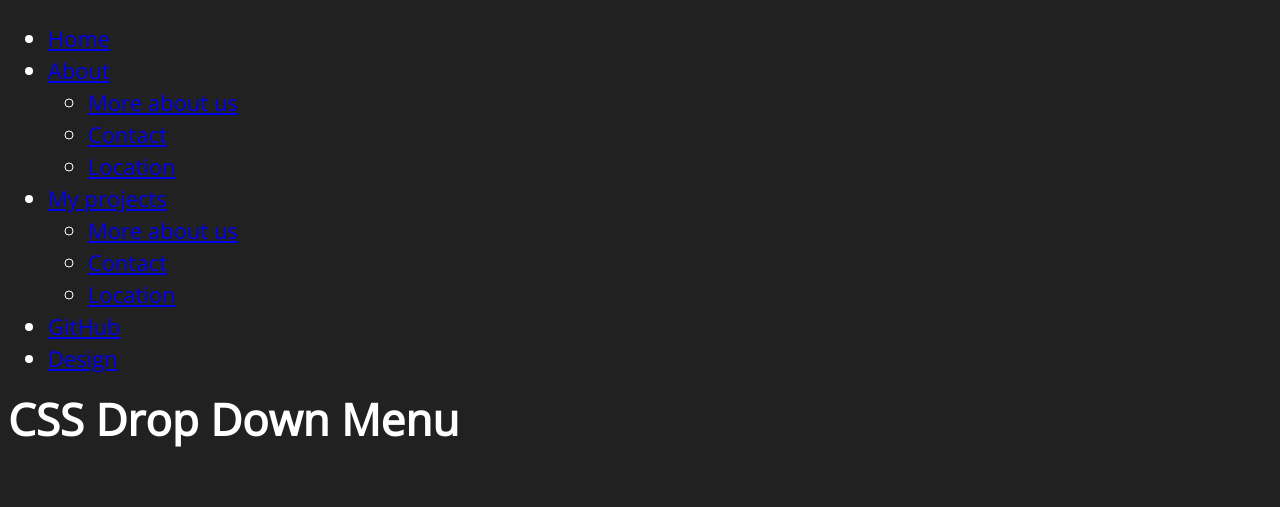
Repository: alikahwaji/HTML-CSS-workshop
Page: index.html
An editor plug-in stored every save of this project. The page is shown before and after the next save, followed by the edit.
The browser window is 1280 px wide. The pictures show the whole page.

Above is the page before, as saved 2019-10-29 11:55:38.

### index.html
<!DOCTYPE html>
<!--[if lt IE 7]>      <html class="no-js lt-ie9 lt-ie8 lt-ie7"> <![endif]-->
<!--[if IE 7]>         <html class="no-js lt-ie9 lt-ie8"> <![endif]-->
<!--[if IE 8]>         <html class="no-js lt-ie9"> <![endif]-->
<!--[if gt IE 8]><!--> <html class="no-js"> <!--<![endif]-->
    <head>
        <meta charset="utf-8">
        <meta http-equiv="X-UA-Compatible" content="IE=edge">
        <title></title>
        <meta name="description" content="">
        <meta name="viewport" content="width=device-width, initial-scale=1">
        <link rel="stylesheet" href="index.css">
    </head>
    <body>
        <div id="container">
            <nav>
                <ul>
                    <li><a href="#">Home</a></li>
                    <li><a href="#">About</a>
                        <!-- About dropdown list  -->
                        <ul>
                            <li><a href="#">More about us</a></li>
                            <li><a href="#">Contact</a></li>
                            <li><a href="#">Location</a></li>
                        </ul>
                    </li>
                    <li><a href="#">My projects</a>
                        <!-- My projects dropdown list -->
                        <ul>
                                <li><a href="#">More about us</a></li>
                                <li><a href="#">Contact</a></li>
                                <li><a href="#">Location</a></li>
                        </ul>
                    </li>
                    <li><a href="#">GitHub</a></li>
                    <li><a href="#">Design</a></li>
                </ul>
            </nav>
            <h1>CSS Drop Down Menu</h1>
        </div>
    </body>
</html>

### index.css
@import url(https://fonts.googleapis.com/css?family=Open+Sans);
@import url(https://fonts.googleapis.com/css?family=Bree+Serif);

body{
    background: #212121;
    font-size: 22px;
    line-height: 32px;
    color: #ffffff;
    word-wrap: break-word !important;
    font-family: "Open Sans", sans-serif;
}

After the next save:
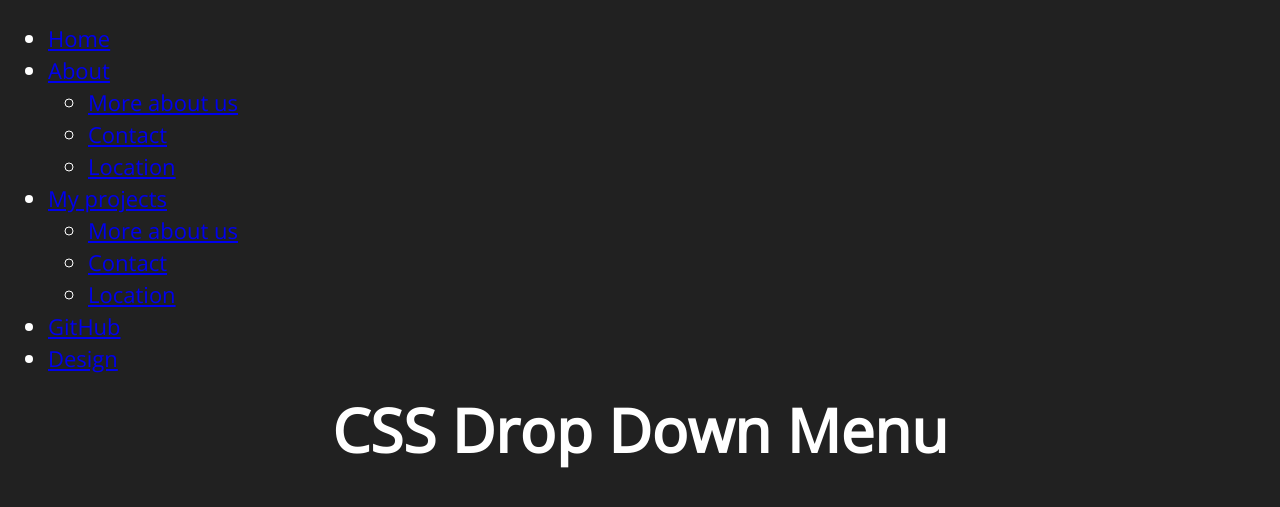
Saved 94 s later.
--- a/index.css
+++ b/index.css
@@ -9,3 +9,9 @@ body{
     word-wrap: break-word !important;
     font-family: "Open Sans", sans-serif;
 }
+
+h1 {
+    font-size: 60px;
+    text-align: center;
+    color: #fff;
+}
